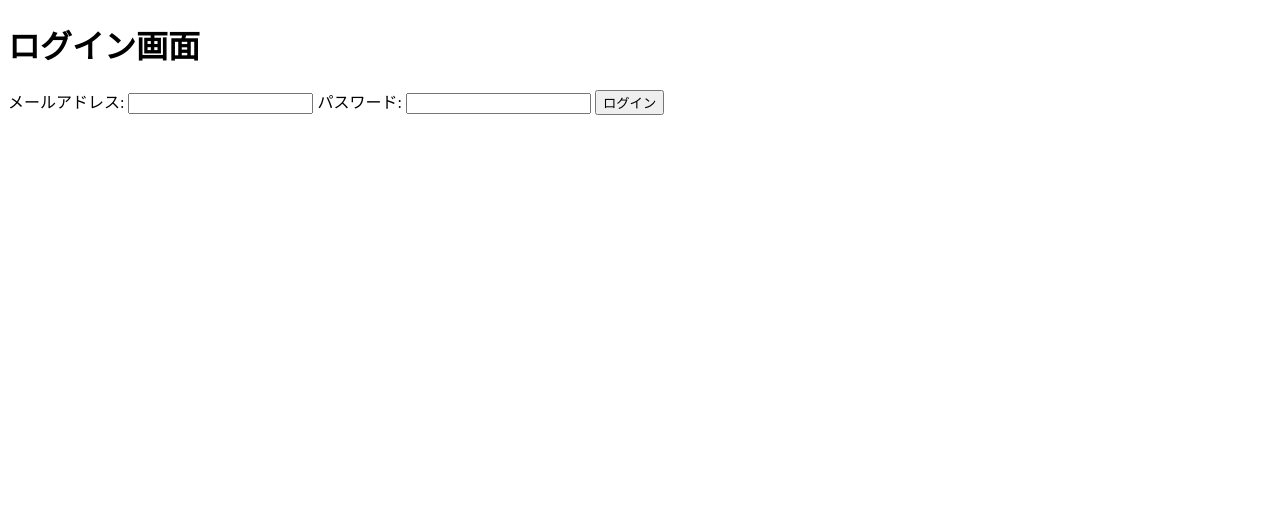
Repository: yoneza03/my-laravel-project
Page: http://localhost/login
An editor plug-in stored every save of this project. The page is shown before and after the next save, followed by the edit.
The browser window is 1280 px wide. The pictures show the whole page.
The page is served by the project's Laravel application, run on PHP 8.4 with Laravel 12.

Above is the page before, as saved 2025-06-02 22:13:21.

After the next save:
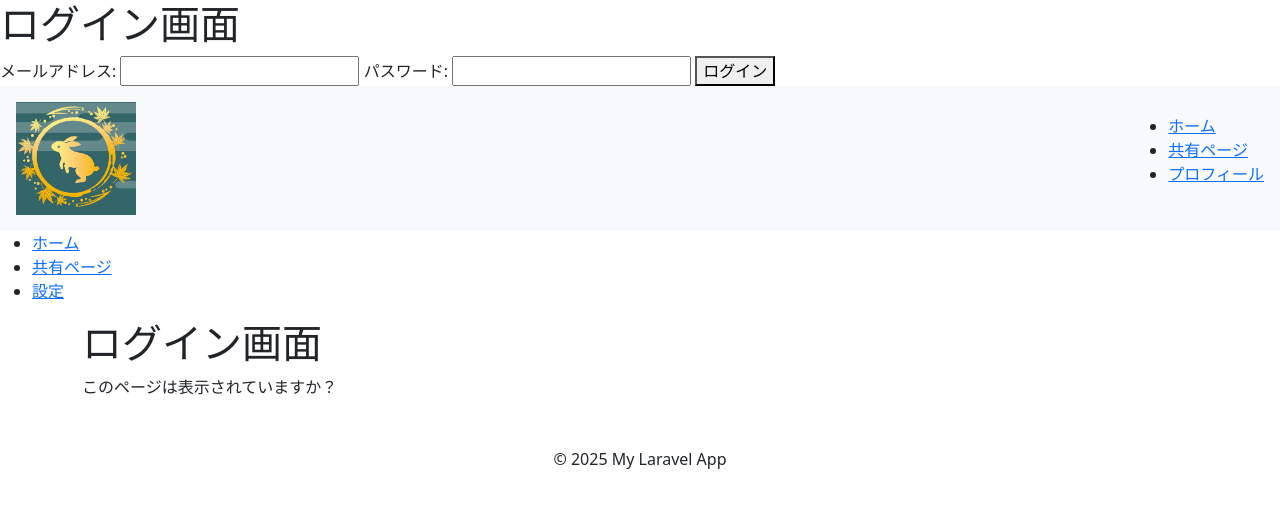
Saved 16 min 6 s later.
--- a/app/resources/views/auth/login.blade.php
+++ b/app/resources/views/auth/login.blade.php
@@ -7,6 +7,12 @@
 
 </head>
 <body>
+@extends('layouts.app')
+
+@section('content')
+    <h1>ログイン画面</h1>
+    <p>このページは表示されていますか？</p>
+@endsection
     <h1>ログイン画面</h1>
     <form action="{{ route('login') }}" method="POST">
         @csrf
